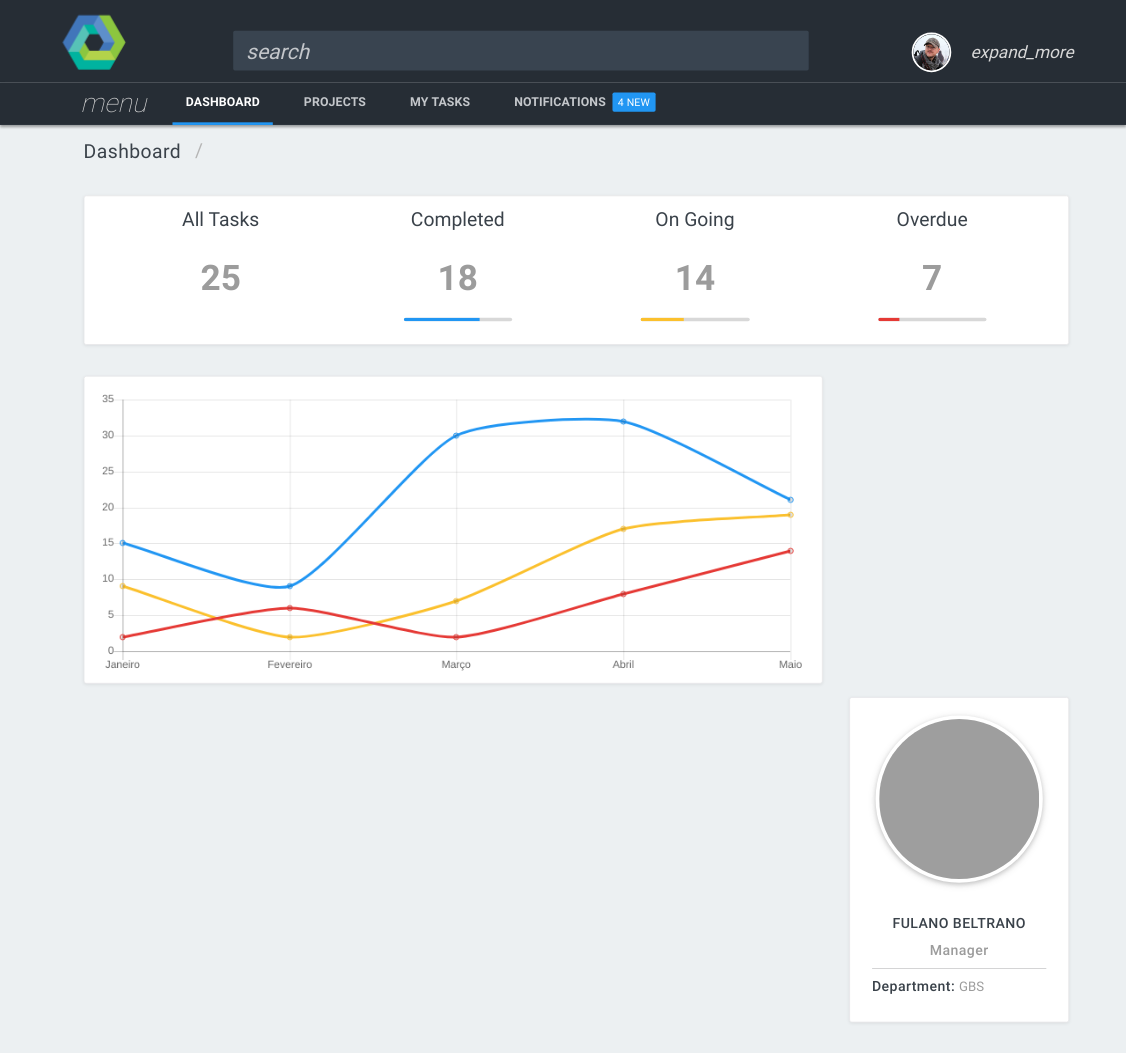
Repository: RenanChagas/ProjectManagement
Page: http://localhost/finalproject/WEB-INF/views/dashboard.jsp
The author's editor kept a copy of each file at every save. The page is drawn from the files as they stood at one save, then again after the next save.
The browser window is 1280 px wide. The pictures show the whole page, at 88% of full size.
Pictures or frames that could not be fetched are drawn as grey boxes. The page is served by Tomcat 9. Nobody is signed in. The template is opened directly, without the code that normally fills it, so the values that code supplies are empty.

Above is the page before, as saved 2017-08-27 17:02:53.

After the next save:
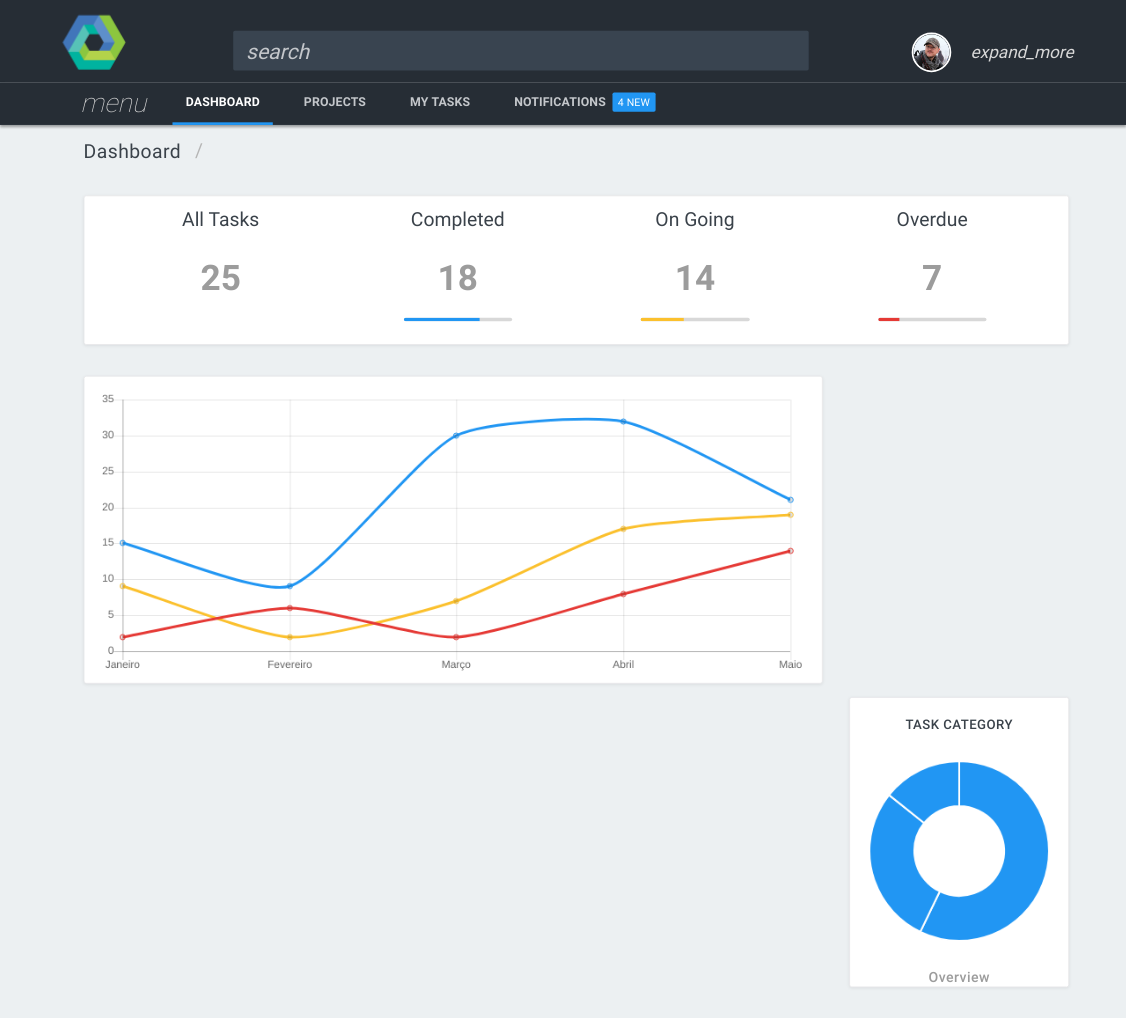
Saved 81 min 59 s later.
--- a/finalproject/src/main/webapp/WEB-INF/views/dashboard.jsp
+++ b/finalproject/src/main/webapp/WEB-INF/views/dashboard.jsp
@@ -293,38 +293,66 @@
       <div class="col MDC-padding-0 right">
         <div class="MDC-card MDC-course-card-size">
 
+          <!-- Task Title -->
+          <div class="row center MDC-margin-top10">
+            <font class="truncate MDC-font-15 MDC-color-grey-dark-2 MDC-font-h1">
+                Task Category
+              </font>
+          </div>
+
           <!-- Image -->
           <a href="#">
             <div class="row center MDC-margin-top20">
+
+              <div class="MDC-margin-right20 MDC-margin-left20">
+                  <canvas class="MDC-margin-top20 center" id="chartjs-doughnut" width="10" height="10"></canvas>
+              </div>
+              <script>
+              new Chart(document.getElementById("chartjs-doughnut"), {
+                type: 'doughnut',
+                data: {
+                  labels: ["Documentation", "Programming", "Test"],
+                  datasets: [ {
+                    data: [
+                      40,
+                      20,
+                      10
+                    ],
+                    backgroundColor: [
+                    "#2196F3",
+                    "#2196F3",
+                    "#2196F3",
+                    ],
+                    label: ""
+                  }]
+                },
+                "options":{
+                  "legend": {
+                    display: false,
+                    position: "bottom"
+                  },
+                  animation: {
+                  animateScale: true,
+                  animateRotate: true
+                  }
+                }
+              });
+
+              </script>
+              <!--
               <img src="images/temp/man-profile-circle-4.png"
-                class="MDC-avatar-circle-large MDC-shadow-default"/>
+                class="MDC-avatar-circle-large MDC-shadow-default"/> -->
             </div>
           </a>
 
-          <!-- Title -->
+          <!-- Task Description -->
           <div class="row center MDC-margin-bottom-10">
-            <font class="truncate MDC-font-course-title MDC-color-grey-dark-2">
-                Fulano Beltrano
-              </font>
-          </div>
-
-          <!-- Time Course -->
-          <div class="row center MDC-margin-bottom-10">
-            <font class="truncate MDC-font-course-title MDC-uppercase-none
-                        MDC-color-grey">
-              Manager
+            <font class="truncate MDC-font-16-2 MDC-color-grey MDC-font-h1
+                        MDC-uppercase-none">
+               Overview
             </font>
           </div>
 
-          <!-- Member Course -->
-          <div class="row MDC-margin-top10 MDC-width-80perc">
-            <div class="MDC-divider"></div>
-            <font class="truncate MDC-font-course-title MDC-uppercase-none
-                        MDC-color-grey-dark-2">
-                Department:
-            </font>
-            <font class="MDC-color-grey">GBS</font>
-          </div>
         <!-- CARD END -->
         </div>
       </div>
